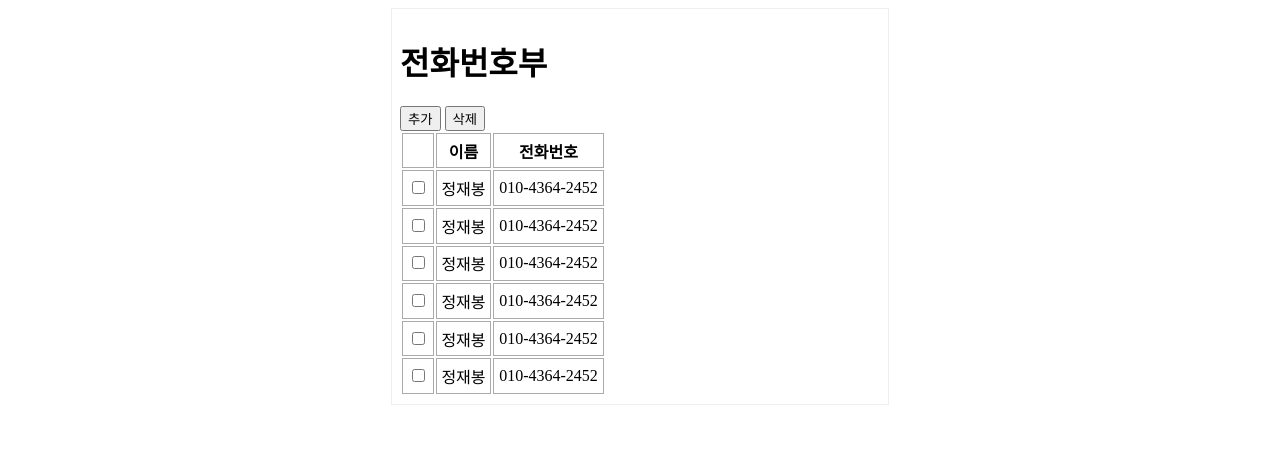
Repository: limjh0513/DGSW_JAVA
Page: 2학기/JAVA_WEB/web/src/main/webapp/phoneBook/phoneBook.html
The author's editor kept a copy of each file at every save. The page is drawn from the files as they stood at one save, then again after the next save.
The browser window is 1280 px wide. The pictures show the whole page.

Above is the page before, as saved 2021-11-03 02:16:28.

### 2학기/JAVA_WEB/web/src/main/webapp/phoneBook/phoneBook.html
<!DOCTYPE html>
<html>
<head>
<meta charset="EUC-KR">
<title>전화번호부</title>
<link rel="stylesheet" href="css/phoneBook.css" />
</head>
<body>
	<div class="main">
		<h1>전화번호부</h1>
		<div >
			<button>추가</button>
			<button>삭제</button>
		</div>

		<table>
			<thead>
				<tr class="list">
					<th></th>
					<th>이름</th>
					<th>전화번호</th>
				</tr>
			</thead>
			<tbody>
				<tr class="list">
					<td><input type="checkbox" /></td>
					<td>정재봉</td>
					<td>010-4364-2452</td>
				</tr>
			<tbody>
				<tr class="list">
					<td><input type="checkbox" /></td>
					<td>정재봉</td>
					<td>010-4364-2452</td>
				</tr>
			<tbody>
				<tr class="list">
					<td><input type="checkbox" /></td>
					<td>정재봉</td>
					<td>010-4364-2452</td>
				</tr>
			<tbody>
				<tr class="list">
					<td><input type="checkbox" /></td>
					<td>정재봉</td>
					<td>010-4364-2452</td>
				</tr>
			<tbody>
				<tr class="list">
					<td><input type="checkbox" /></td>
					<td>정재봉</td>
					<td>010-4364-2452</td>
				</tr>
			<tbody>
				<tr class="list">
					<td><input type="checkbox" /></td>
					<td>정재봉</td>
					<td>010-4364-2452</td>
				</tr></table>
	</div>
</b
		ody>
</html>

### 2학기/JAVA_WEB/web/src/main/webapp/phoneBook/css/phoneBook.css
@charset "EUC-KR";

.main {
	width: 30rem;
	border: 1px solid #EEE;
	margin: 0 auto 0 auto;
	padding: 0.5rem;
}

.btn{
	text-align: rigth;
	padding-right: 3rem;
	margin-bottom: 0.5rem;
}

.list{
	width: 95%;
	margin: 0 auto 0 auto;
	border-collapse: collapse;
}

.list th, td{
	border: 1px solid #AAA;
	padding: 0.3rem;
}

After the next save:
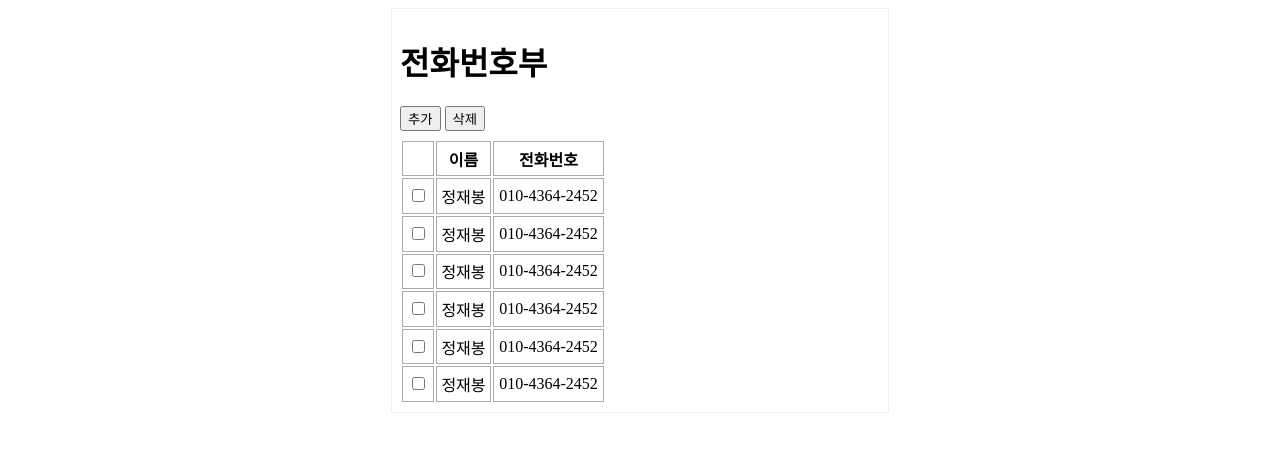
Saved 20 s later.
--- a/2학기/JAVA_WEB/web/src/main/webapp/phoneBook/phoneBook.html
+++ b/2학기/JAVA_WEB/web/src/main/webapp/phoneBook/phoneBook.html
@@ -8,7 +8,7 @@
 <body>
 	<div class="main">
 		<h1>전화번호부</h1>
-		<div >
+		<div class="btn">
 			<button>추가</button>
 			<button>삭제</button>
 		</div>
